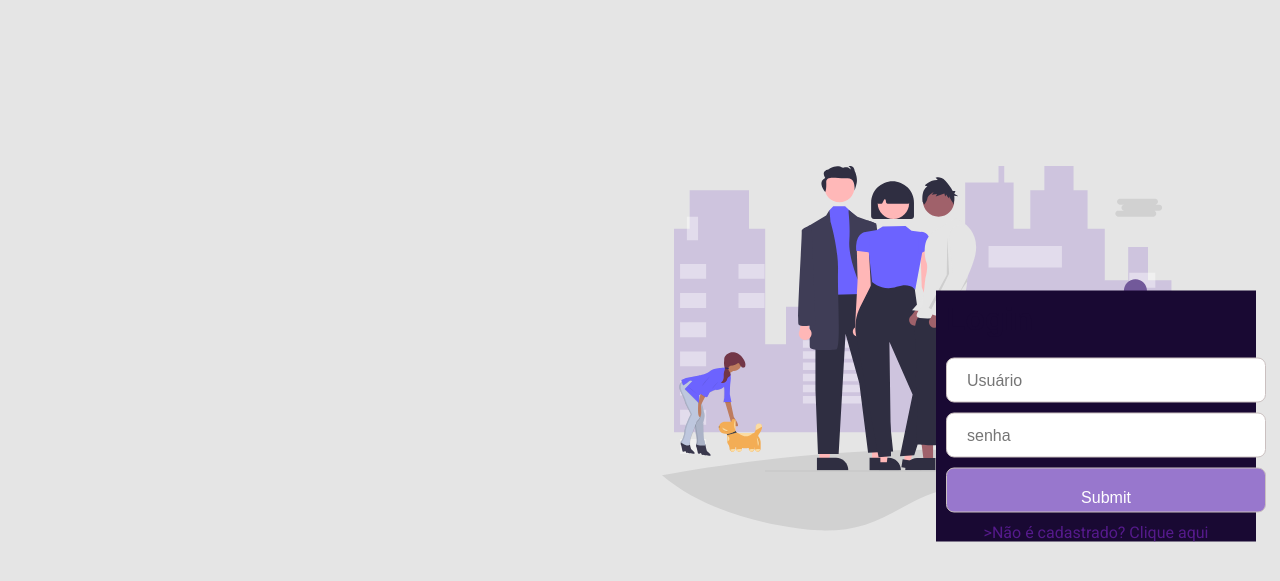
Repository: Dirlandia404/Casos
Page: src/pages/login.html
These files come from the project's save history. The page is drawn as it stood at one moment and after the next save; the edit follows.
The browser window is 1280 px wide. The pictures show the whole page.

Above is the page before, as saved 2021-07-14 09:48:17.

After the next save:
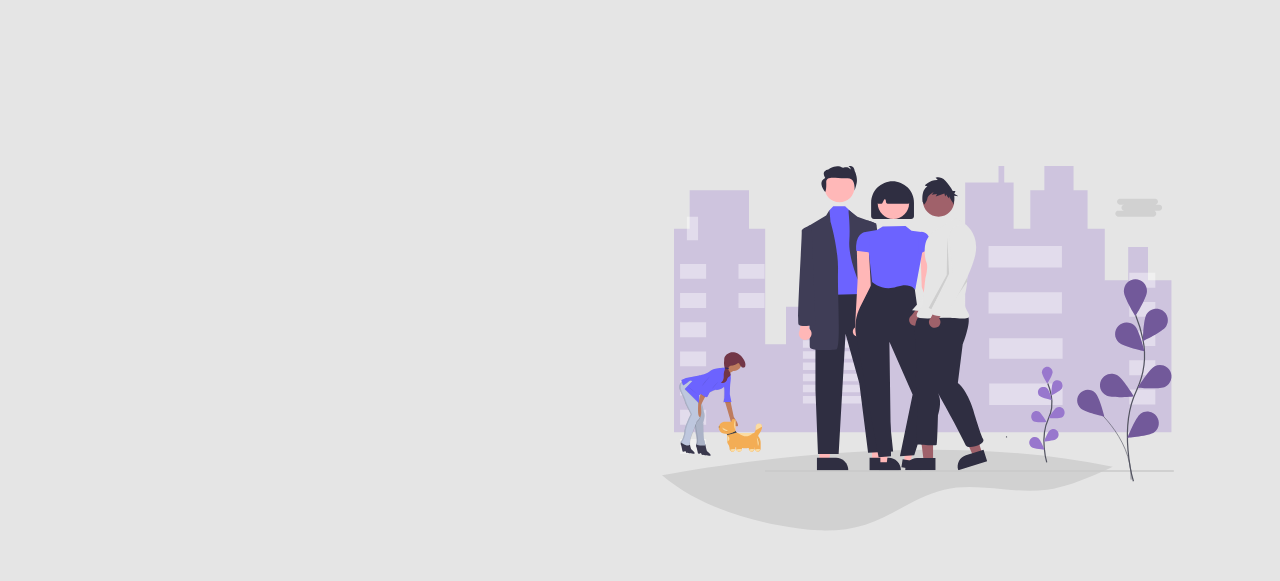
Saved 5 s later.
--- a/src/style/login.css
+++ b/src/style/login.css
@@ -20,7 +20,7 @@ img{
     width: 320px;
     margin: 200px 200px;
     position: absolute;
-    left: 70%;
+    left: -70%;
     top: 30%;
     transform: translate(-50%, -50%);
     background-color: #190933;
